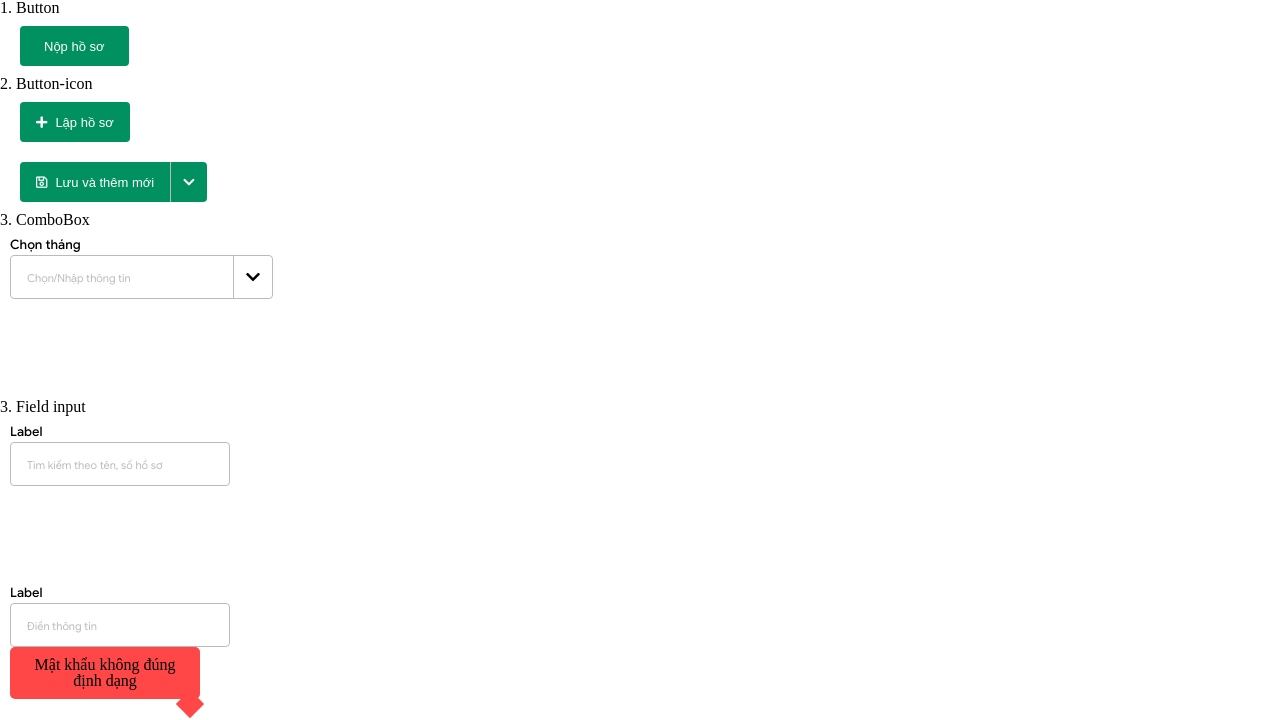
Repository: DAOVANLOI2K1/cukcuk_employeeGrid
Page: Page/index.html
These files come from the project's save history. The page is drawn as it stood at one moment and after the next save; the edit follows.
The browser window is 1280 px wide. The pictures show the whole page.

Above is the page before, as saved 2022-06-28 09:54:55.

After the next save:
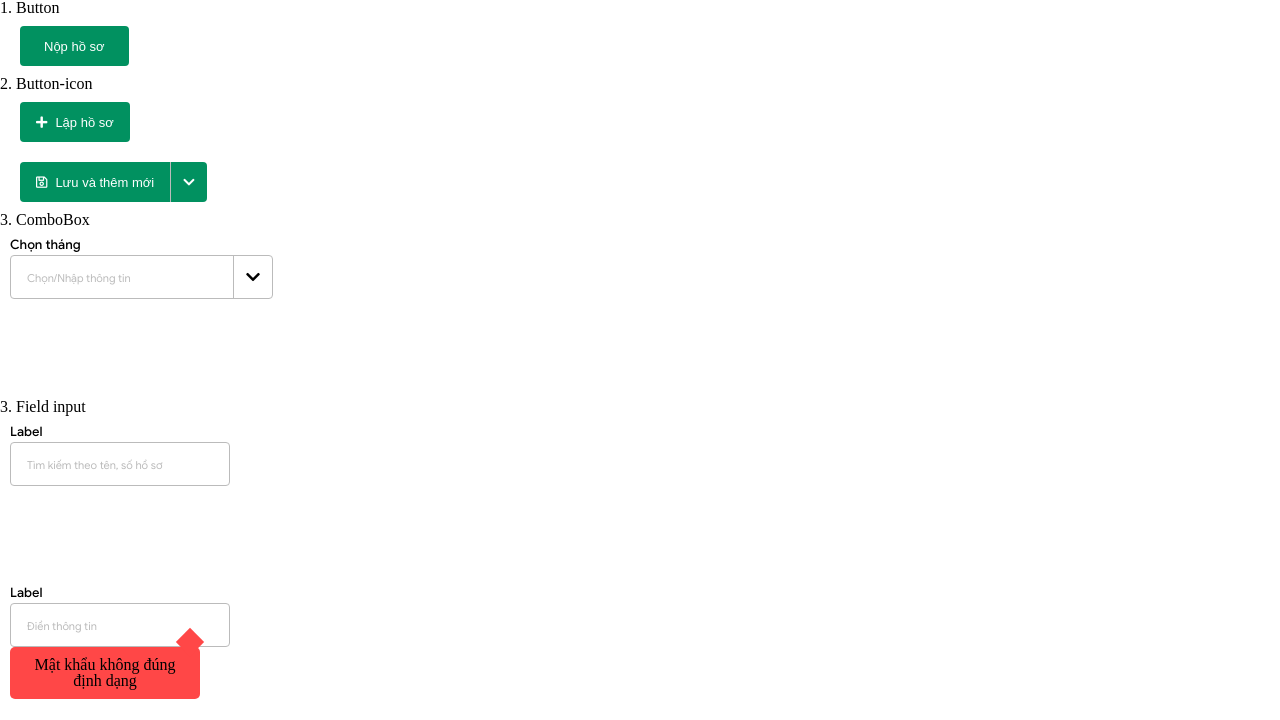
Saved 7 s later.
--- a/css/common/fieldInput.css
+++ b/css/common/fieldInput.css
@@ -10,7 +10,7 @@
 .error_box::before {
     content: "";
     position: absolute;
-    top: 90%;
+    bottom: 90%;
     right: 0;
     width: 20px;
     height: 20px;
